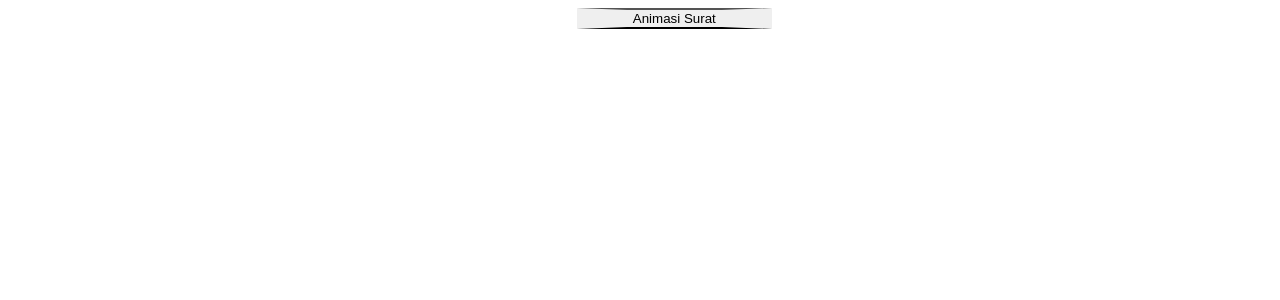
Repository: Irantsitumorang/projectRepo1
Page: BelajarJS/LatihanHTML/WebContent/suratj.html
The author's editor kept a copy of each file at every save. The page is drawn from the files as they stood at one save, then again after the next save.
The browser window is 1280 px wide. The pictures show the whole page.

Above is the page before, as saved 2021-07-01 10:19:47.

### BelajarJS/LatihanHTML/WebContent/suratj.html
<!DOCTYPE html>
<html>
<head>
	<meta charset="UTF-8">
    <meta http-equiv="X-UA-Compatible" content="IE=edge">
    <meta name="viewport" content="width=device-width, initial-scale=1.0">
    <script src="https://ajax.googleapis.com/ajax/libs/jquery/3.5.1/jquery.min.js"></script>
    <title>Document</title>

    <style>

	#bg{
	margin-left: 45%;
	border-left: 50px solid transparent;
	border-right: 50px solid transparent;
	}

    #surat1 {
    width: 0;
    height: 0;

    border-left: 70px solid transparent;
	border-right: 70px solid transparent;
	border-bottom: 70px solid red;
	margin-left: 50%;
    }

    #surat2 {
    width: 0;
    height: 0;

    border-left: 70px solid transparent;
	border-right: 70px solid transparent;
	border-top: 70px solid red;
	margin-left: 50%;
    }

     #surat3 {
    width: 0;
    height: 0;

    border-left: 70px solid transparent;
	border-right: 70px solid transparent;
	border-top: 70px solid red;
	margin-left: 50%;
    }

</style>

<script>

$(document).ready(function(){
  $("button").click(function(){
    $("#surat1").fadeIn(4000);
    $("#surat2").fadeIn(7000);
    $("#surat3").fadeIn(9000);
  });
});

</script>
</head>
<body>

<button id="bg">Animasi Surat</button><br><br>

<div id="surat1" style="display:none; background-color:yellow;"></div><br>
<div id="surat2" style="display:none; background-color:orange;"></div><br>
<div id="surat3" style="display:none; background-color:blue;"></div>

</body>
</html>

After the next save:
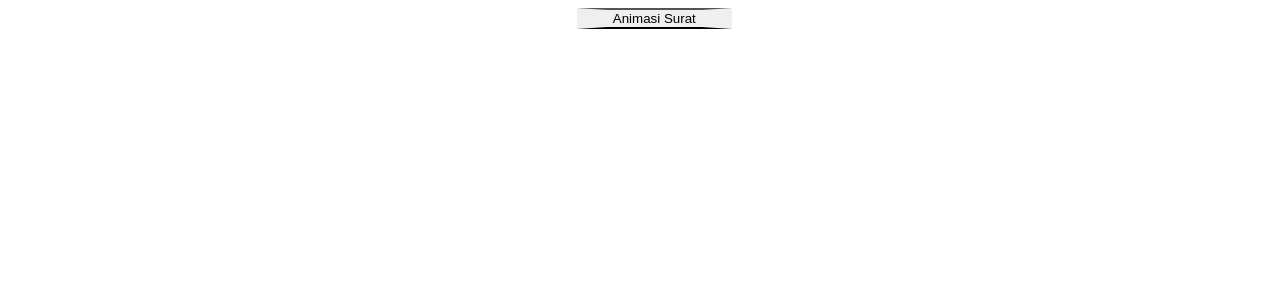
Saved 16 s later.
--- a/BelajarJS/LatihanHTML/WebContent/suratj.html
+++ b/BelajarJS/LatihanHTML/WebContent/suratj.html
@@ -11,8 +11,8 @@
 
 	#bg{
 	margin-left: 45%;
-	border-left: 50px solid transparent;
-	border-right: 50px solid transparent;
+	border-left: 30px solid transparent;
+	border-right: 30px solid transparent;
 	}
 
     #surat1 {
